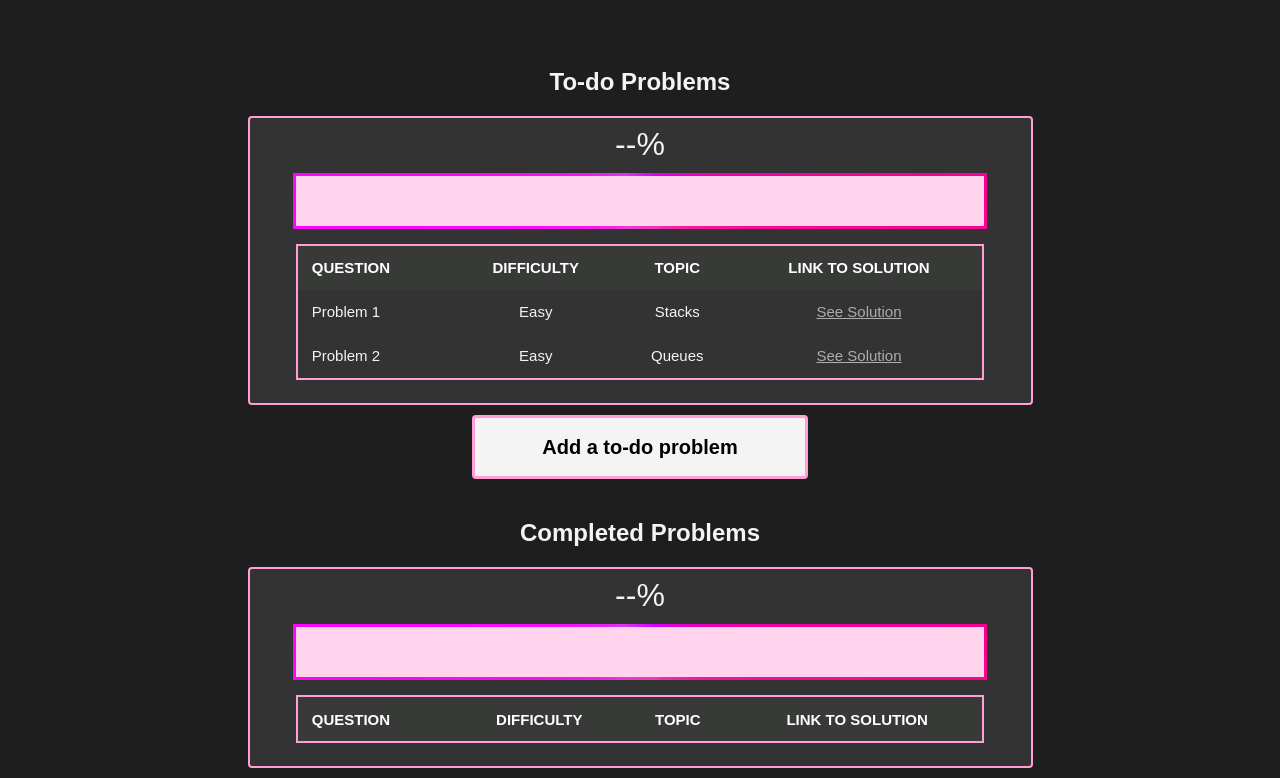
Repository: bbrockbrown/leet-code-tracker
Page: index.html
An editor plug-in stored every save of this project. The page is shown before and after the next save, followed by the edit.
The browser window is 1280 px wide. The pictures show the whole page.

Above is the page before, as saved 2024-07-30 21:38:40.

### index.html
<!DOCTYPE html>
<html lang="en">
<head>
    <meta charset="UTF-8">
    <meta name="viewport" content="width=device-width, initial-scale=1.0">
    <link rel="stylesheet" href="styles.css">
    <script>src="script.js"</script>
    <title>Document</title>
</head>
<body>
    <div class="main">
        <h1 id="header">Leet Code Problem Tracker</h1>
    </div>

    <div class="tracking-container">
        <div class="tracking-box">
            <h2 class="tracking-title">To-do Problems</h2>
            <div class="todo-tracking">
                <div class="todo-percent">--%</div>
                <div class="progressbar" id="todo-bar"> <!--% Container for progressbar --> </div>
                <table>
                    <tbody>
                        <tr>
                            <th>Question</th>
                            <th>Difficulty</th>
                            <th>Topic</th>
                            <th>Link to Solution</th>
                        </tr>
                        <tr>
                            <td>Problem 1</td>
                            <td class="easy-prob">Easy</td>
                            <td class="topic">Stacks</td>
                            <td class="solution"><a href="">See Solution</a></td>
                        </tr>
                        <tr>
                            <td>Problem 2</td>
                            <td class="easy-prob">Easy</td>
                            <td class="topic">Queues</td>
                            <td class="solution"><a href="">See Solution</a></td>
                        </tr>
                    </tbody>
                </table>
            </div>
            <button id="add-problem-button"><h2>Add a to-do problem</h2></button>
        </div>

        <div class="tracking-box">
            <h2 class="tracking-title">Completed Problems</h2>
            <div class="completed-tracking">
                <div class="completed-percent">--%</div>
                <div class="progressbar" id="completed-bar"> <!--% Container for progressbar --> </div>
                <table>
                    <tbody>
                        <tr>
                            <th>Question</th>
                            <th>Difficulty</th>
                            <th>Topic</th>
                            <th>Link to Solution</th>
                        </tr>
                        <!-- Completed problems rows go here -->
                    </tbody>
                </table>
            </div>
        </div>
    </div>

    <div class="footer">
        <!-- Placeholder!!! -->
    </div>
</body>
</html>

### styles.css
:root {
    --tracking-border-color: rgb(255, 159, 213);
}

@keyframes rotate {
	to {
		--angle: 360deg;
	}
}

@property --angle {
  syntax: '<angle>';
  initial-value: 0deg;
  inherits: false;
}

html, body {
    height: 100%;
    display: flex;
    flex-direction: column;
  }

head {
    display: none;
}

body {
    font-family: Arial, sans-serif;
    background: #1e1e1e;
    margin: 0;
    padding: 0;
    color: #f4f4f4;
    overflow: hidden;
    font-size: 90%;
}

.main {
    text-align: center;
    padding: 24px;
    overflow: hidden;
}

#header {
    font-size: 48px;
    overflow: hidden;
}

.tracking-titles {
    display: flex;
    padding: 8px;
    justify-content: space-around;
}

.tracking-container {
    display: flex;
    flex-flow: row wrap;
    align-items: flex-start;
    justify-content: space-evenly;
    height: 100%;
}

.tracking-box {
    display: flex;
    flex-flow: column nowrap;
    align-items: center;
    text-align: center;
    margin-bottom: 20px;
}

.tracking-title {
    font-size: 24px;
    margin-bottom: 10px;
    color: #f4f4f4;
}

.todo-tracking, .completed-tracking {
    border: 2px solid var(--tracking-border-color);
    border-radius: 4px;
    font-size: 32px;
    text-align: center;
    box-shadow: 8px rgb(255, 159, 213, 0.8);
    height: 100%;
    width: 1000px;
    padding: 8px;
    background-color: #333;
    margin: 10px auto;
    display: inline-block;
    max-width: 75%;
    max-height: 85%;
    overflow-y: auto;
    color: #f4f4f4;
}

.todo-tracking:hover, .completed-tracking:hover {
    filter: brightness(85%);
}

/* progress bar fills more as more complete */
.progressbar {
    width: 90%;
    height: 50px;
    border-radius: 8px;
    background-color: rgb(255, 212, 236);
    margin: 10px auto;
    --angle: 0deg;
    /* FOR FUTURE: make it so user can change border gradient */
    --very-pink: rgb(249, 0, 141);
    --pink: rgb(233, 58, 183);
    --pinkish-purple: rgb(233, 58, 210);
    --magenta: magenta;
    --purple: rgb(213, 58, 233);
    --very-purple: rgb(212, 0, 255);
	border: 3px solid;
	border-image: conic-gradient(from var(--angle), var(--very-pink), var(--pink), var(--pinkish-purple), var(--magenta), var(--purple), var(--very-purple), var(--very-pink)) 1;
	animation: 4s rotate linear infinite;
}

table {
    width: 90%;
    display: table;
    margin: 15px auto;
    border-collapse: collapse;
    transition: box-shadow 0.3s ease-in-out;
    border: 2px solid var(--tracking-border-color);
    border-radius: 10px;
    box-shadow: #1e1e1e;
}

tbody {
    display: table-row-group;
    vertical-align: middle;
    unicode-bidi: isolate;
    border-color: inherit;
    font-size: 15px;
}

tr {
    display: table-row;
    vertical-align: inherit;
    unicode-bidi: isolate;
    border-color: inherit;
}

th {
    color: white;
    text-transform: uppercase;
    background-color: #373a37;
}

th:first-child, td:first-child {
    text-align: left;
}

th, td {
    padding: 8px 14px;
    transition: background-color 0.5s;
    height: 28px;
    border: 0px;
    white-space: nowrap;
}

a {
    text-decoration:underline;
    color: inherit;
}

a:visited {
    color: rgb(173, 173, 173);
}

button {
    border: 3px solid var(--tracking-border-color);
    border-radius: 4px;
    background-color: #f4f4f4;
}

#add-problem-button {
    width: 33%;
    height: auto;
}

After the next save:
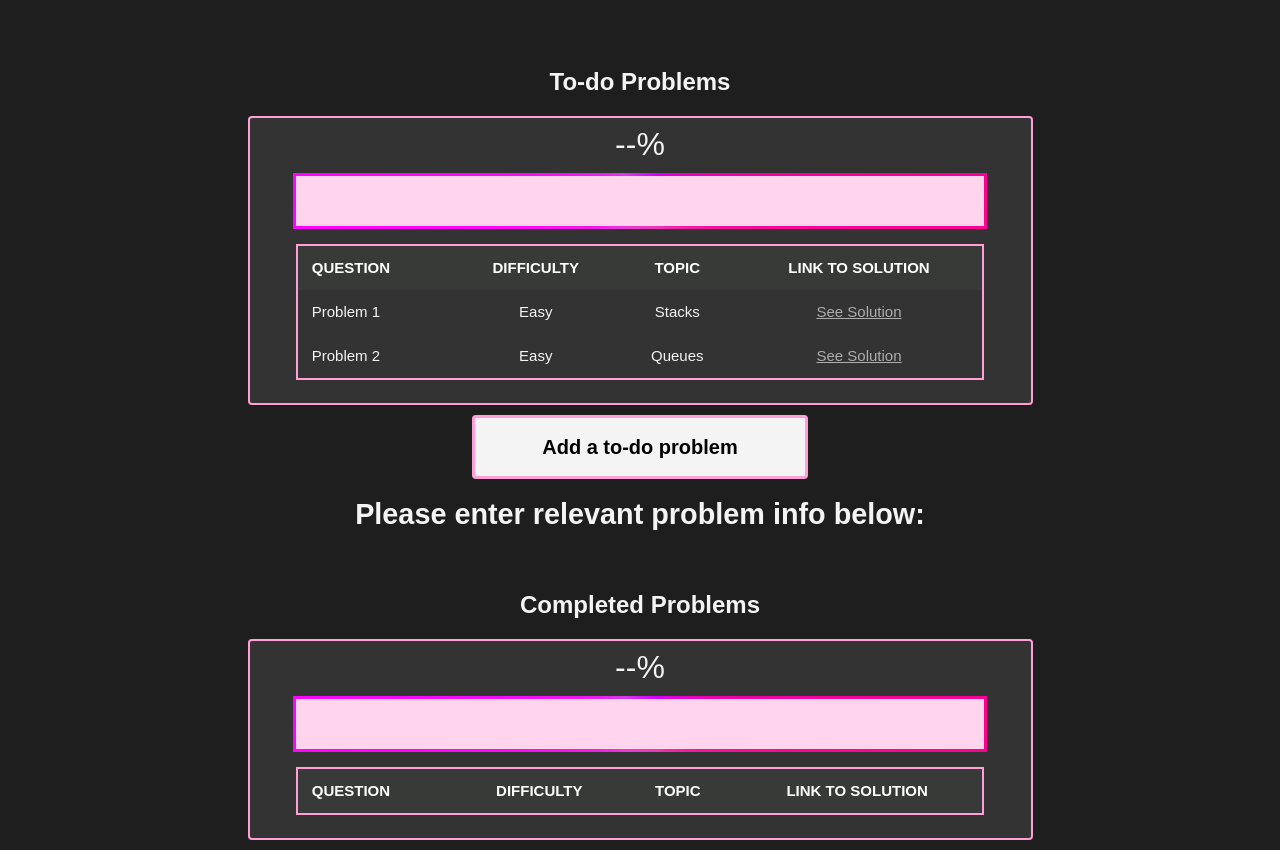
Saved 2 days later.
--- a/index.html
+++ b/index.html
@@ -42,6 +42,11 @@
                 </table>
             </div>
             <button id="add-problem-button"><h2>Add a to-do problem</h2></button>
+            <div class="popup" id="add-todo-problem">
+                <div class="popup-content">
+                    <h1>Please enter relevant problem info below:</h1>
+                </div>
+            </div>
         </div>
 
         <div class="tracking-box">
